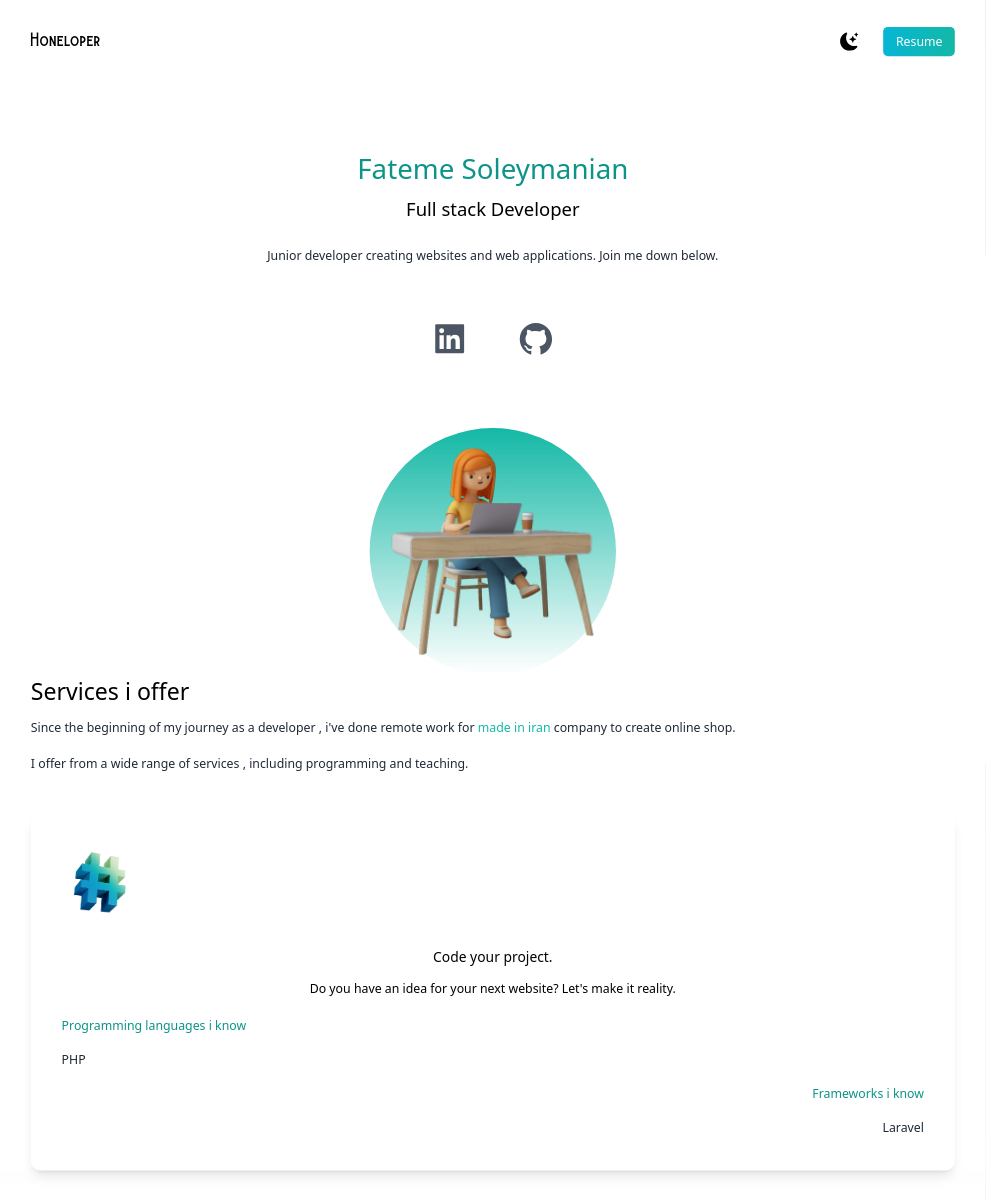
Repository: fatemesoleymanian/portfolio
Page: /
An editor plug-in stored every save of this project. The page is shown before and after the next save, followed by the edit.
The browser window is 1280 px wide. The pictures show the whole page, at 77% of full size.
The project was rebuilt for these pictures with package versions that can differ from the ones it lists, and the page was loaded fresh each time. The framework's server and built-in components were replaced by stand-ins that run in the browser. Also part of the build but not shown: next.config.js.

Above is the page before, as saved 2023-03-10 15:53:17.

After the next save:
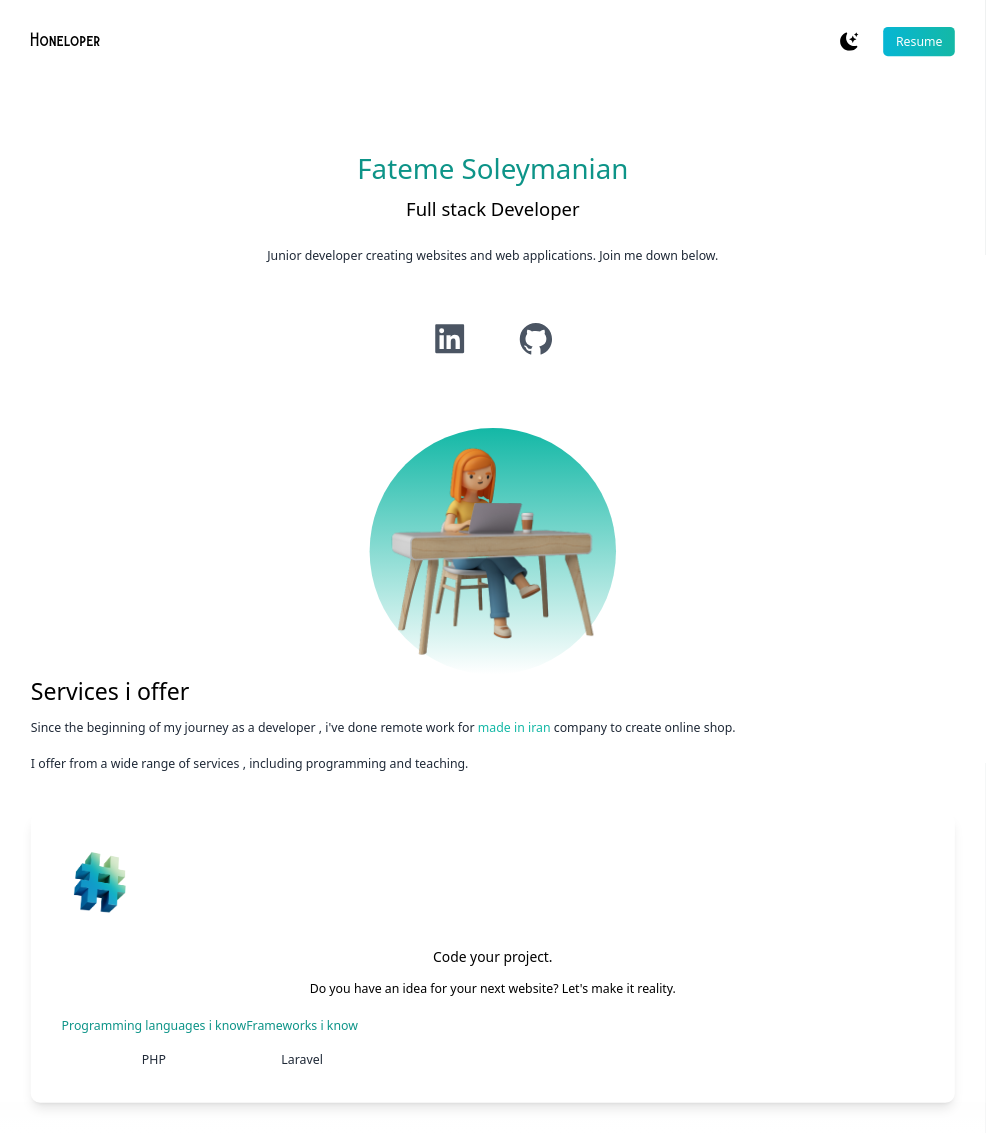
Saved 36 s later.
--- a/pages/index.js
+++ b/pages/index.js
@@ -68,14 +68,16 @@ export default function Home() {
               </h3>
               <p className='py-2'>Do you have an idea for your next website?
                 Let's make it reality.</p>
-              <div className='text-left'>
+             <div className='flex'>
+             <div className=''>
                 <h4 className='py-4 text-teal-600'>Programming languages i know</h4>
                 <p className='text-gray-800 py-1'>PHP</p>
               </div>
-              <div className='text-right'>
+              <div className=''>
                 <h4 className='py-4 text-teal-600'>Frameworks i know</h4>
                 <p className='text-gray-800 py-1'>Laravel</p>
               </div>
+             </div>
             </div>
           </div>
         </section>
